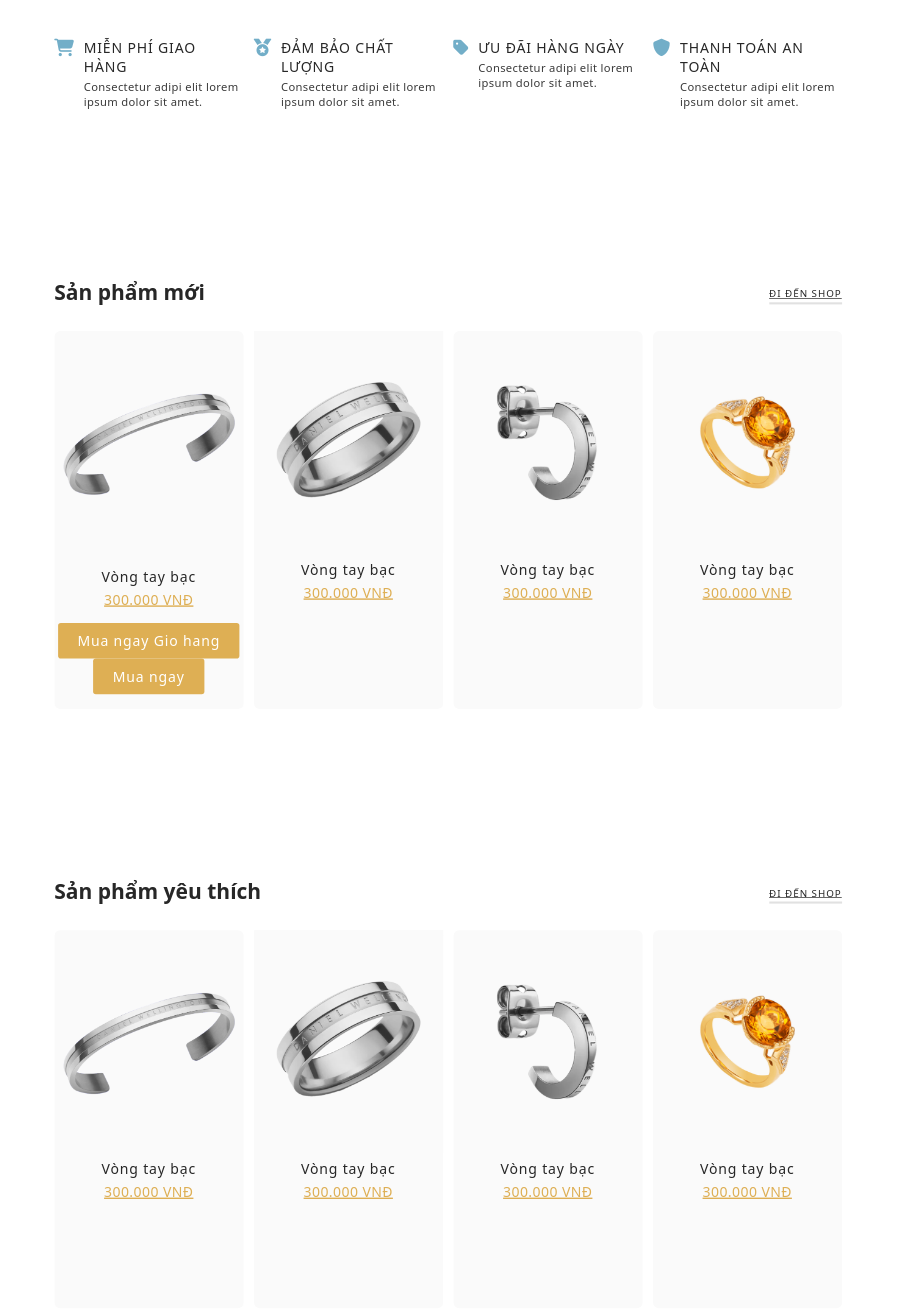
Repository: CangNgo/shoptrangsuc.github.io
Page: index.html
An editor plug-in stored every save of this project. The page is shown before and after the next save, followed by the edit.
The browser window is 1280 px wide. The page is 1288 px wide, so the pictures cover 1288 px, including what lies to the right of the window. The pictures show the part of the page from y = 787 to 2667 px (the page is 5591 px tall), at 70% of full size.

Above is the page before, as saved 2024-01-11 18:02:58.

After the next save:
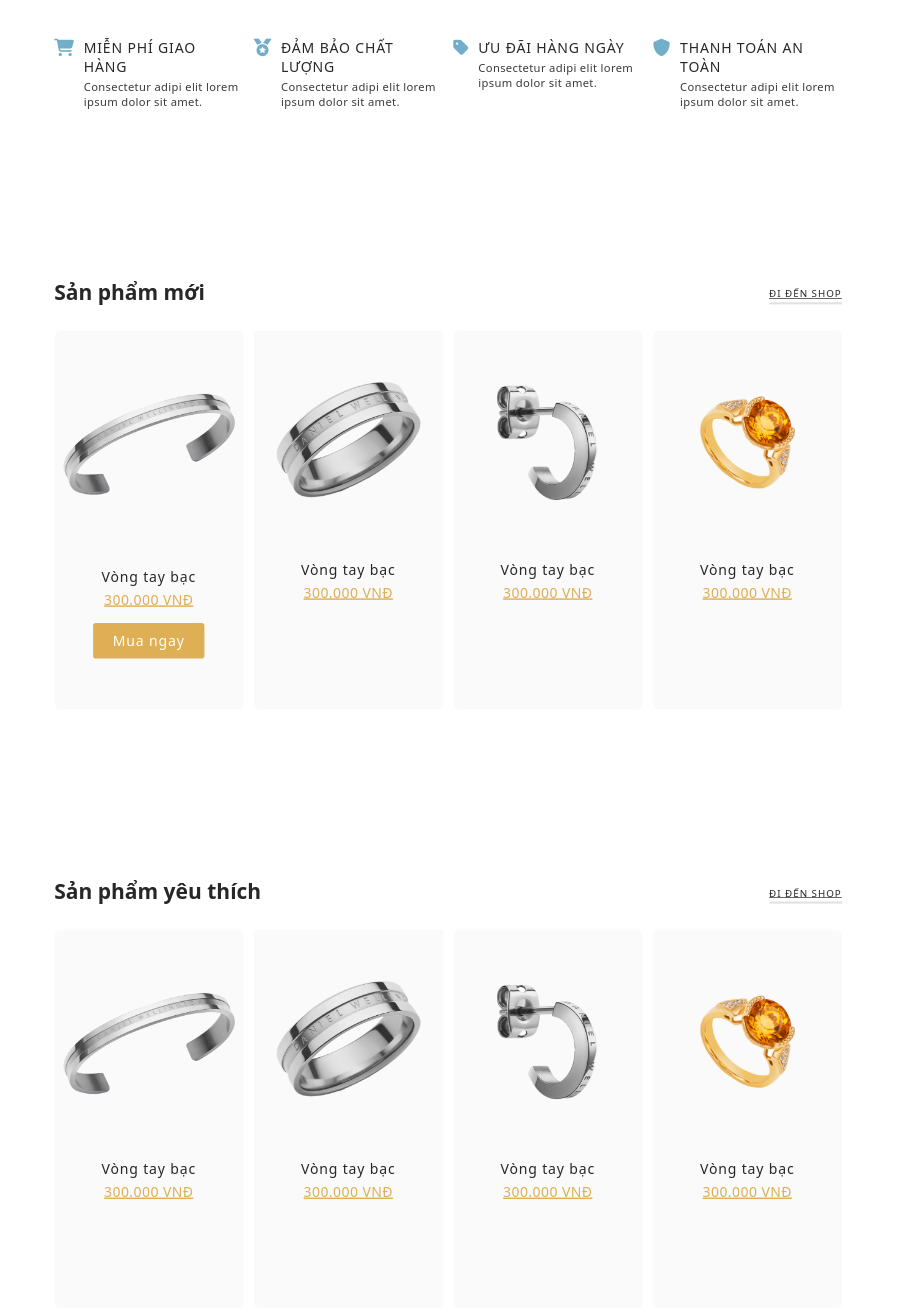
Saved 19 s later.
--- a/index.html
+++ b/index.html
@@ -162,7 +162,6 @@
                                     <div class="product-item-price"><a href="#">300.000 VNĐ</a></div>
                                 </div>
                                 <div class="buy-product">
-                                    <button name="buy_product">Mua ngay Gio hang</button>
                                     <button name="buy_product">Mua ngay</button>
                                 </div>
                             </div>
